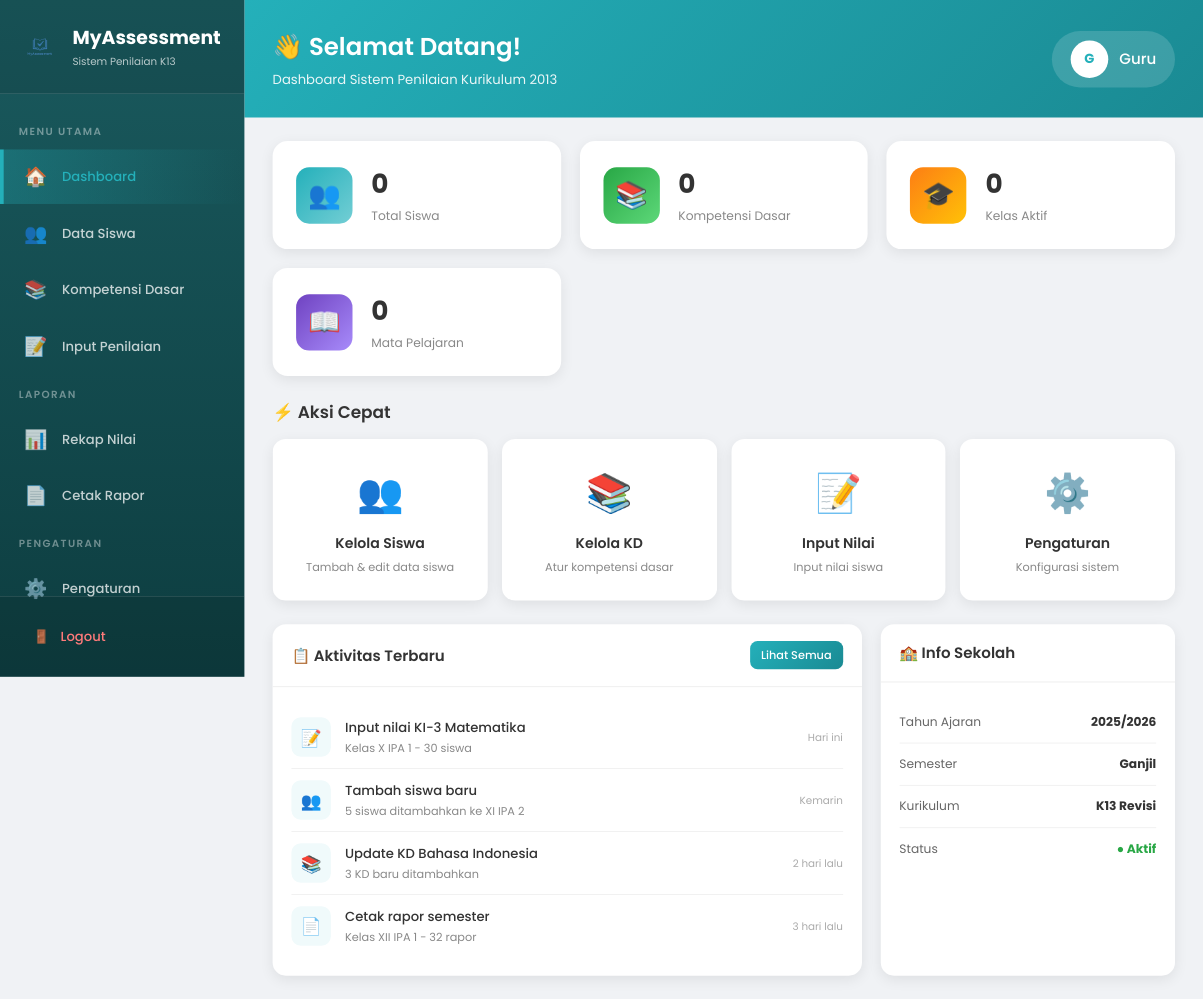
Repository: Ws529/MyAssassment_Final
Page: MyAssessment/wwwroot/index.html
These files come from the project's save history. The page is drawn as it stood at one moment and after the next save; the edit follows.
The browser window is 1280 px wide. The pictures show the whole page, at 94% of full size.
The page's requests for data from a server got no answer.

Above is the page before, as saved 2026-01-01 15:55:00.

After the next save:
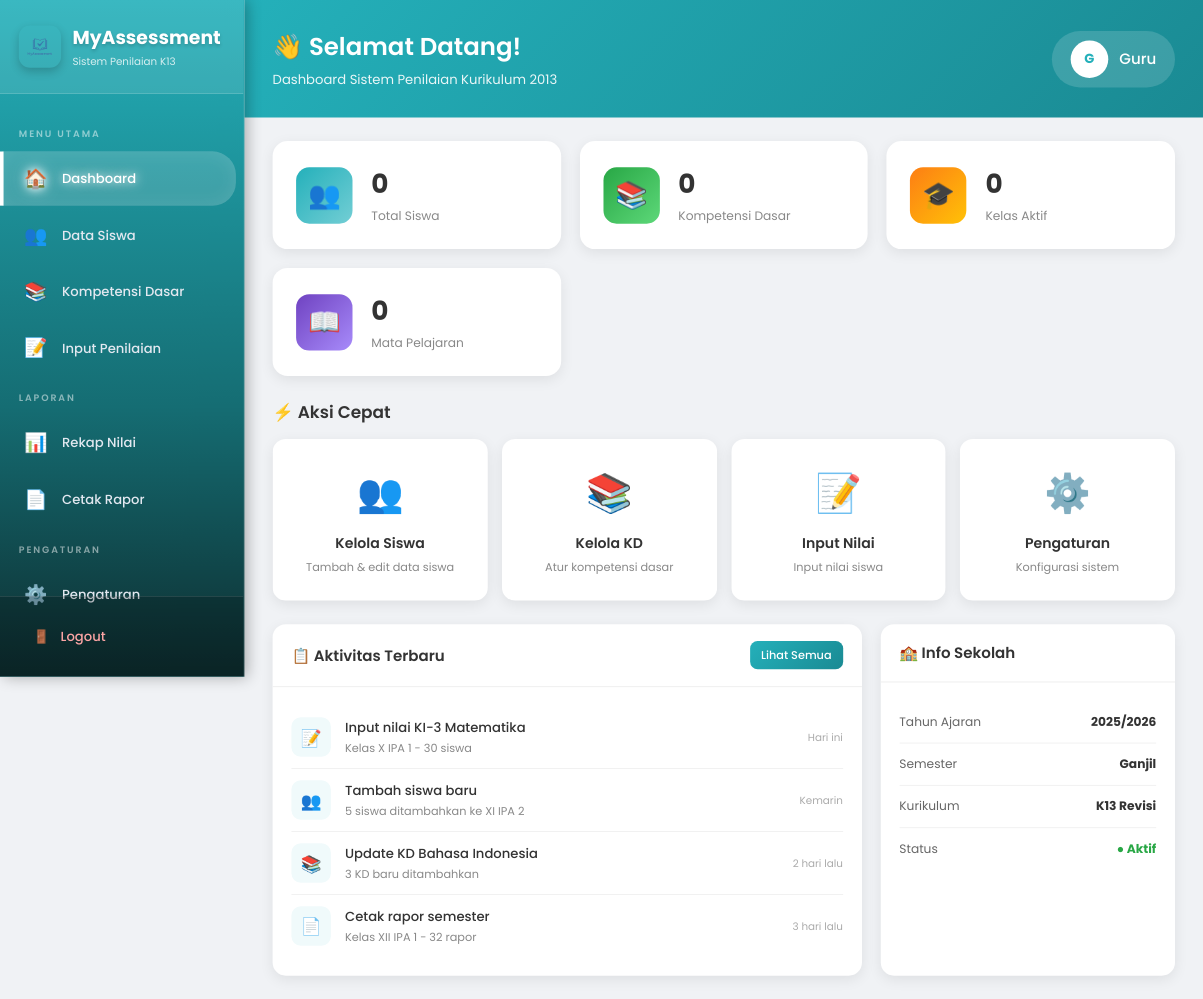
Saved 23 min 1 s later.
--- a/MyAssessment/wwwroot/index.html
+++ b/MyAssessment/wwwroot/index.html
@@ -10,35 +10,37 @@
         body { font-family: 'Poppins', sans-serif; background: #f0f2f5; }
         .app-container { display: flex; min-height: 100vh; }
 
-        /* Sidebar - Teal Theme */
+        /* Sidebar - Deep Ocean Drive Theme */
         .sidebar {
             width: 260px;
-            background: linear-gradient(180deg, #1a5a5e 0%, #0d3d40 100%);
-            color: white;
+            background: linear-gradient(180deg, #24b0ba 0%, #156d73 60%, #0d2c2e 100%);
+            color: #e2e8f0;
             position: fixed;
             height: 100vh;
             overflow-y: auto;
             z-index: 100;
+            border-right: 1px solid rgba(255, 255, 255, 0.1);
+            box-shadow: 4px 0 15px rgba(0, 0, 0, 0.3);
         }
         .sidebar-header {
             padding: 25px 20px;
             display: flex;
             align-items: center;
             gap: 12px;
-            border-bottom: 1px solid rgba(255,255,255,0.1);
-            background: rgba(0,0,0,0.1);
-        }
-        .sidebar-header img { width: 45px; height: 45px; border-radius: 10px; }
-        .sidebar-header h2 { font-size: 20px; font-weight: 700; color: #fff; }
-        .sidebar-header span { font-size: 11px; opacity: 0.7; display: block; margin-top: 2px; }
+            border-bottom: 1px solid rgba(255,255,255,0.15);
+            background: rgba(255,255,255,0.1);
+        }
+        .sidebar-header img { width: 45px; height: 45px; border-radius: 12px; box-shadow: 0 4px 10px rgba(0,0,0,0.2); }
+        .sidebar-header h2 { font-size: 20px; font-weight: 700; color: #fff; text-shadow: 0 2px 4px rgba(0,0,0,0.2); }
+        .sidebar-header span { font-size: 11px; color: rgba(255,255,255,0.8); display: block; margin-top: 2px; }
 
         .sidebar-menu { padding: 20px 0; }
         .menu-label {
-            padding: 12px 20px 8px;
-            font-size: 11px;
+            padding: 15px 20px 8px;
+            font-size: 10px;
             text-transform: uppercase;
-            color: rgba(255,255,255,0.4);
-            letter-spacing: 1.5px;
+            color: rgba(255,255,255,0.5);
+            letter-spacing: 2px;
             font-weight: 600;
         }
         .menu-item {
@@ -46,21 +48,24 @@
             align-items: center;
             gap: 14px;
             padding: 14px 20px;
-            color: rgba(255,255,255,0.75);
+            color: #e2e8f0;
             text-decoration: none;
-            transition: all 0.3s;
+            transition: all 0.3s ease;
             border-left: 4px solid transparent;
-            margin: 2px 0;
+            margin: 2px 8px 2px 0;
+            border-radius: 0 25px 25px 0;
         }
         .menu-item:hover {
-            background: rgba(36, 176, 186, 0.15);
-            color: #fff;
-            border-left-color: rgba(36, 176, 186, 0.5);
+            background: rgba(255, 255, 255, 0.1);
+            color: #ffffff;
+            border-left-color: rgba(255, 255, 255, 0.5);
         }
         .menu-item.active {
-            background: linear-gradient(90deg, rgba(36, 176, 186, 0.3) 0%, transparent 100%);
-            border-left-color: #24b0ba;
-            color: #24b0ba;
+            background: rgba(255, 255, 255, 0.15);
+            border-left-color: #ffffff;
+            color: #ffffff;
+            text-shadow: 0 0 10px #ffffff, 0 0 20px rgba(255,255,255,0.5);
+            box-shadow: inset 0 0 20px rgba(255,255,255,0.1);
         }
         .menu-item .icon { font-size: 20px; width: 28px; text-align: center; }
         .menu-item span { font-size: 14px; font-weight: 500; }
@@ -71,21 +76,25 @@
             width: 100%;
             padding: 20px;
             border-top: 1px solid rgba(255,255,255,0.1);
-            background: rgba(0,0,0,0.1);
+            background: rgba(0,0,0,0.2);
         }
         .logout-btn {
             display: flex;
             align-items: center;
             gap: 12px;
-            color: #ff7b7b;
+            color: #fca5a5;
             text-decoration: none;
             font-size: 14px;
             font-weight: 500;
             padding: 12px 15px;
             border-radius: 10px;
-            transition: all 0.3s;
-        }
-        .logout-btn:hover { background: rgba(255,107,107,0.15); }
+            transition: all 0.3s ease;
+        }
+        .logout-btn:hover {
+            background: rgba(255,100,100,0.2);
+            color: #ff8a8a;
+            text-shadow: 0 0 10px rgba(255,100,100,0.5);
+        }
 
         /* Main Content */
         .main-content {
